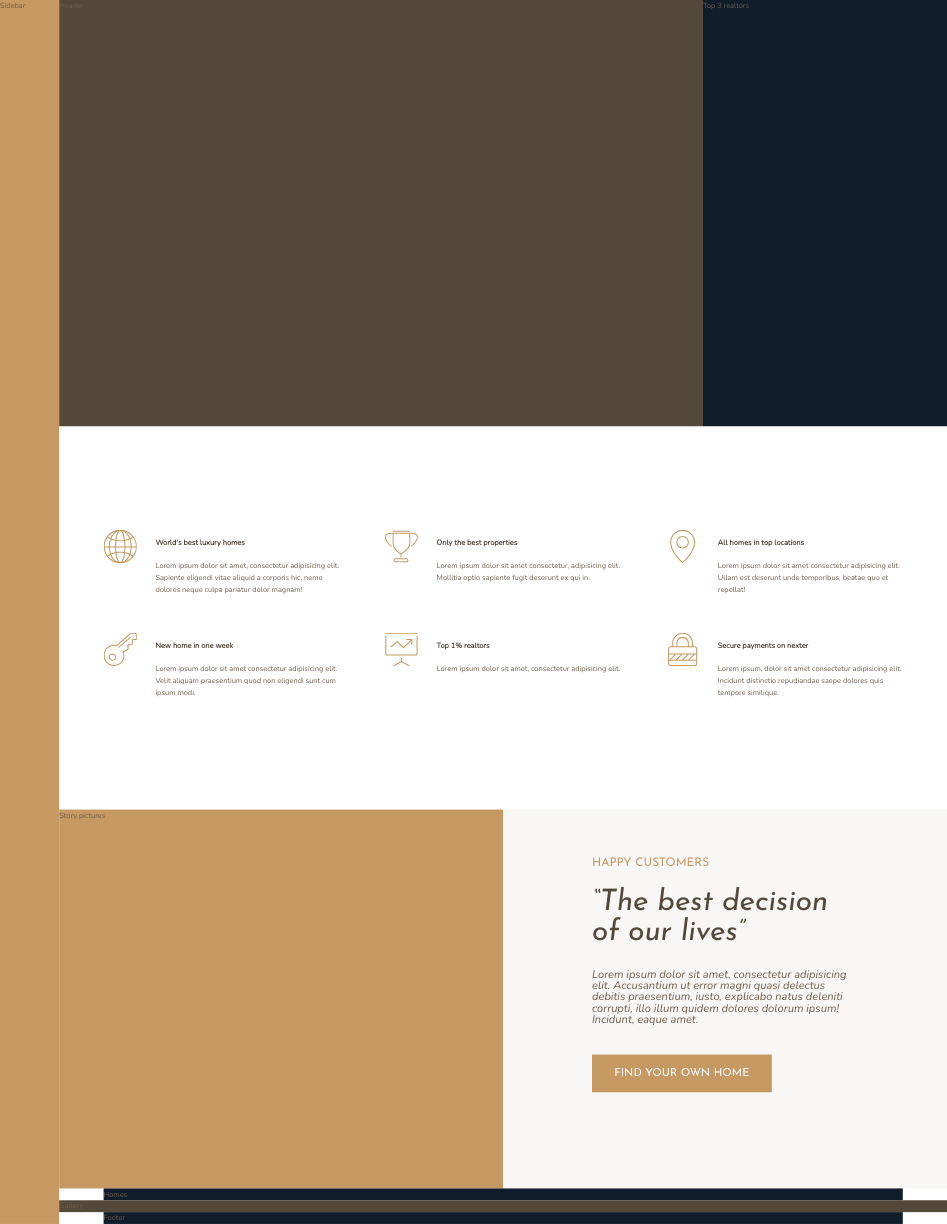
Repository: achwesiuk/nexter
Page: index.html
The author's editor kept a copy of each file at every save. The page is drawn from the files as they stood at one save, then again after the next save.
The browser window is 1280 px wide. The pictures show the whole page, at 74% of full size.
The style sheet was rebuilt from its Sass, Less or Tailwind sources for each picture, by a compiler version that may differ from the author's.

Above is the page before, as saved 2021-02-23 11:54:10.

After the next save:
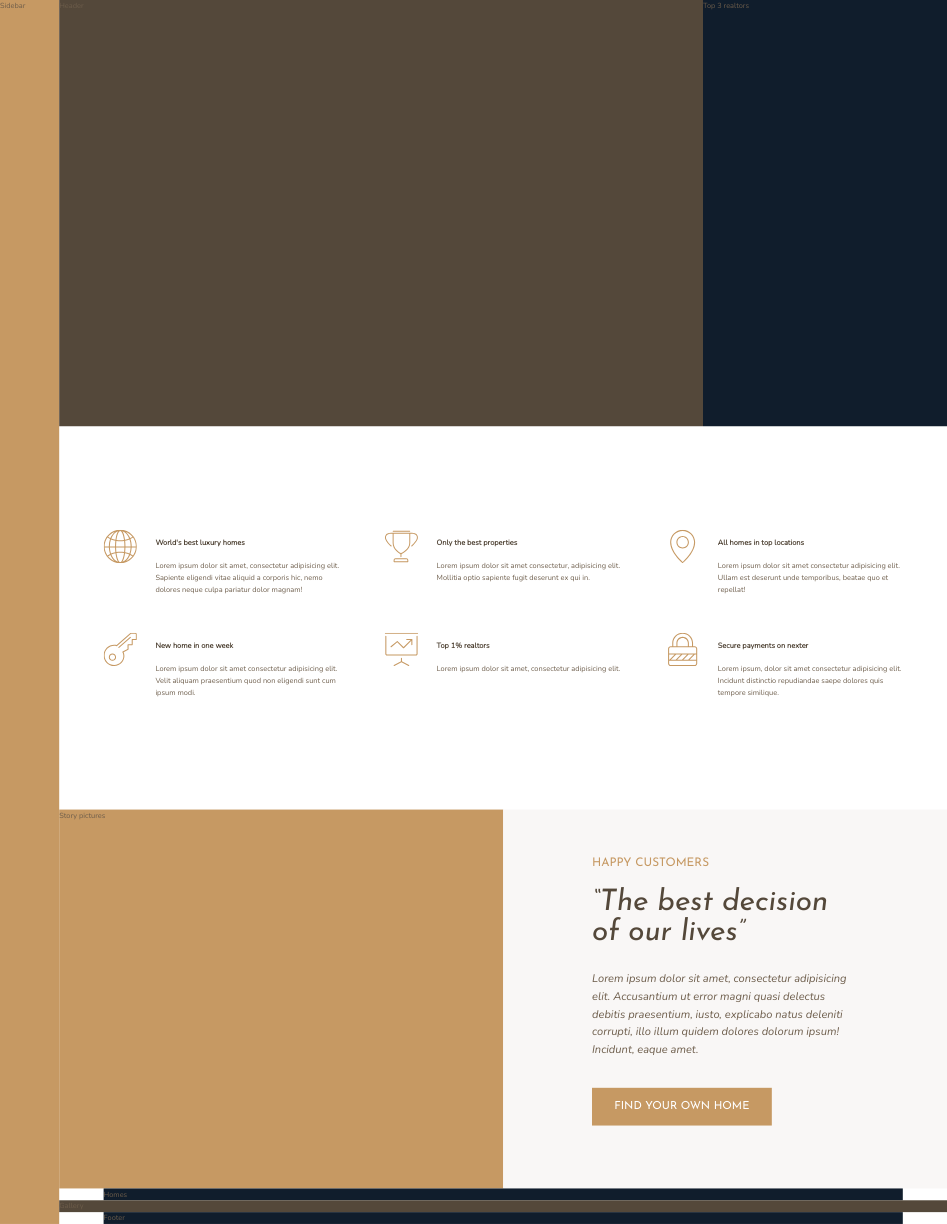
Saved 2 min 12 s later.
--- a/sass/_story.scss
+++ b/sass/_story.scss
@@ -15,7 +15,6 @@
     &__text {
         font-size: 1.5rem;
         font-style: italic;
-        line-height: 1;
         margin-bottom: 4rem;
     }
 }
